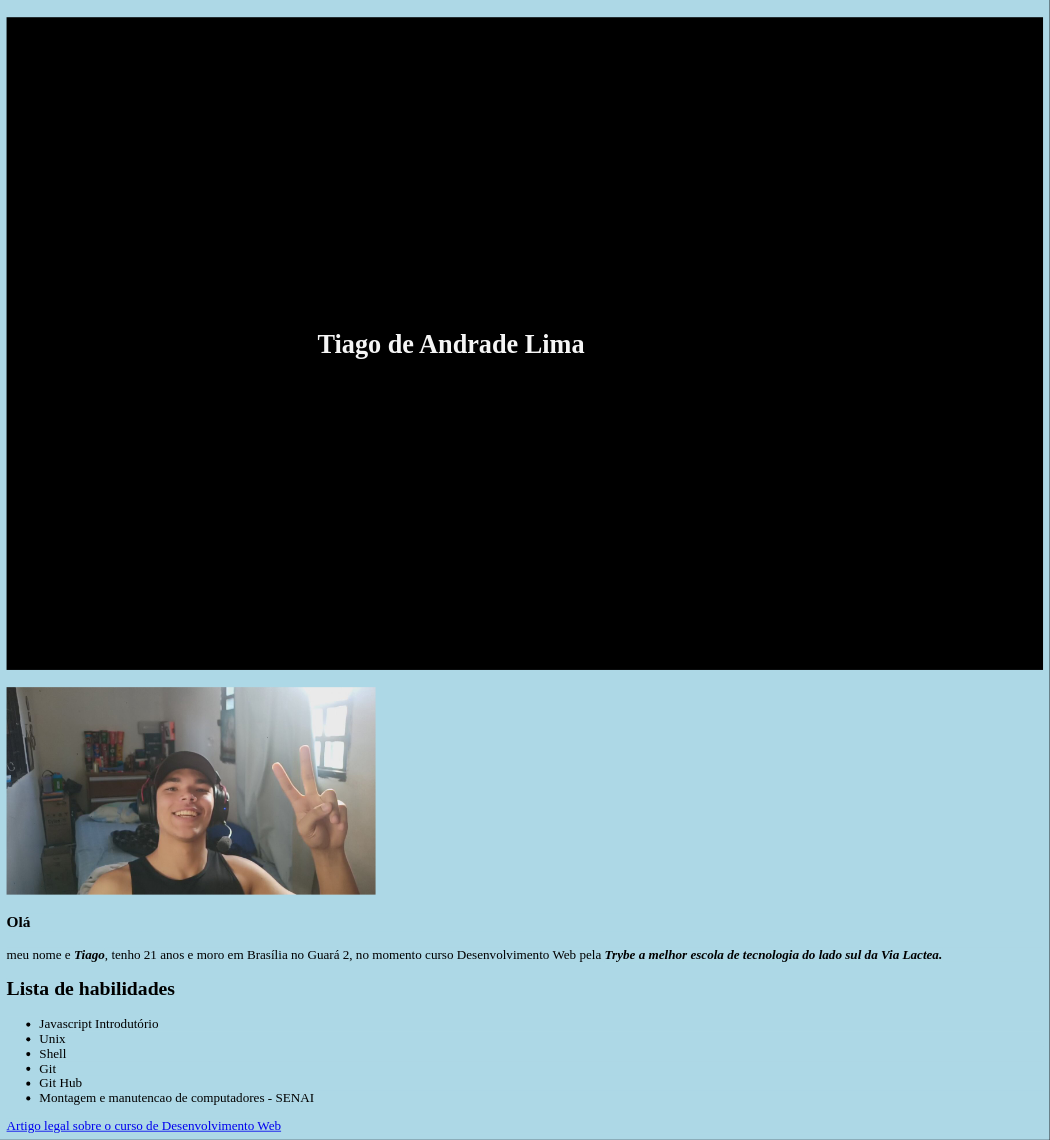
Repository: Batatiago/Batatiago.github.io
Page: index.html
An editor plug-in stored every save of this project. The page is shown before and after the next save, followed by the edit.
The browser window is 1280 px wide. The pictures show the whole page, at 82% of full size.

Above is the page before, as saved 2023-06-28 23:17:00.

After the next save:
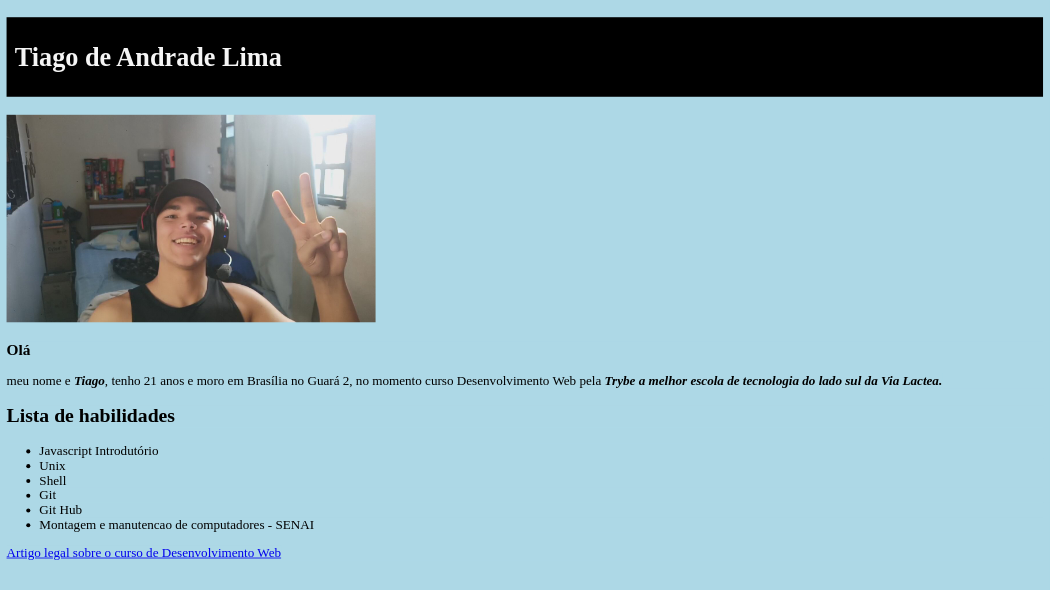
Saved 42 s later.
--- a/style.css
+++ b/style.css
@@ -5,5 +5,5 @@
 .meuNome{
     background-color: black;
     color: whitesmoke;
-    padding: 30%;
+    padding: 30px 10px;
 }
